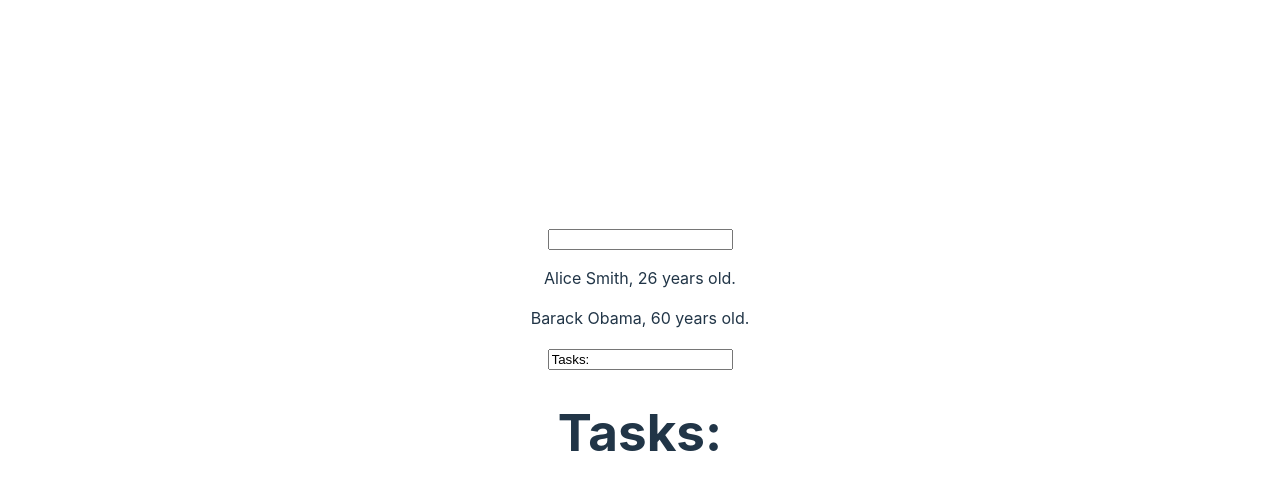
Repository: RonanKhalilOlaes/Olaes_Lab06-07_taskList
Page: /
The author's editor kept a copy of each file at every save. The page is drawn from the files as they stood at one save, then again after the next save.
The browser window is 1280 px wide. The pictures show the whole page.
The project was rebuilt for these pictures with package versions that can differ from the ones it lists, and the page was loaded fresh each time. Also part of the build but not shown: vite.config.js.

Above is the page before, as saved 2024-10-22 20:34:40.

### src/App.jsx


// export default App;
// // let variable is...
// //react only renders when props changes or state changes...

import { useState } from 'react';

import './App.css';

const initialStudents = [
  {
    firstname: 'Alice',
    lastname: 'Smith',
    age: 26
  },
  {
    firstname: 'Barack',
    lastname: 'Obama',
    age: 60
  }
];

function App() {

  const [name, setName] = useState('Tasks:');

  const [students, setStudents] = useState(initialStudents);

  const studentListUI = students.map((student, index) => (
    <p key={index}>{student.firstname} {student.lastname}, {student.age} years old.</p>
  ));

  function handleKeyDown(e) {
    if (e.key === 'Enter') {
      setName(e.target.value);

      console.log(name);

      e.target.value = '';
    }
  }

  function handleChange(e) {
    setName(e.target.value);
  }

  function addStudent(student) {
    setStudents([...students, student]);
  }

  return (
    <>
      <StudentForm add={addStudent} />
      {studentListUI}
      <input type="text" onKeyDown={handleKeyDown}
        value={name}
        onChange={handleChange}
      />

      <h1>{name}</h1>
      {/* <Tile />
      <Tile />
      <Tile /> */}
    </>
  );
}

function random(n) {
  return Math.floor(Math.random() * n);
}

function Tile() {
  const [color, setColor] = useState('blue');

  function handleClick() {
    const red = random(255);
    const green = random(255);
    const blue = random(255);

    setColor(`rgb(${red} ${green} ${blue})`);
  }

  return (
    <div
      className="tile"
      style={{ background: color }}
      onClick={handleClick}>

    </div>
  );
}

function StudentForm(props) {
  // state variable for the form
  const [student, setStudent] = useState({
    firstname: '',
    lastname: '',
    age: 0
  });

  function handleSubmit(e) {
    e.preventDefault();
    props.add(student);

    setStudent({
      firstname: '',
      lastname: '',
      age: 0
    });
  }

  return (
    <form onSubmit={handleSubmit}>
      <input type="text" value={student.firstname}
        onChange={(e) => setStudent({ ...student, firstname: e.target.value })} />
      {/* <input type="text" value={student.lastname}
        onChange={(e) => setStudent({ ...student, lastname: e.target.value })} />
      <input type="number" value={student.age}
        onChange={(e) => setStudent({ ...student, age: e.target.value })}/>
      <button>Save</button> */}
    </form>
  );
}

export default App;

### src/App.css
#root {
  max-width: 1280px;
  margin: 0 auto;
  padding: 2rem;
  text-align: center;
}

.logo {
  height: 6em;
  padding: 1.5em;
  will-change: filter;
  transition: filter 300ms;
}
.logo:hover {
  filter: drop-shadow(0 0 2em #646cffaa);
}
.logo.react:hover {
  filter: drop-shadow(0 0 2em #61dafbaa);
}

@keyframes logo-spin {
  from {
    transform: rotate(0deg);
  }
  to {
    transform: rotate(360deg);
  }
}

@media (prefers-reduced-motion: no-preference) {
  a:nth-of-type(2) .logo {
    animation: logo-spin infinite 20s linear;
  }
}

.card {
  padding: 2em;
}

.read-the-docs {
  color: #888;
}

.tile {
  width: 5em;
  height: 5em;
  margin: 1em;
}

Loaded but not shown: index.html (common file); src/main.jsx (common file); src/index.css (common file)

After the next save:
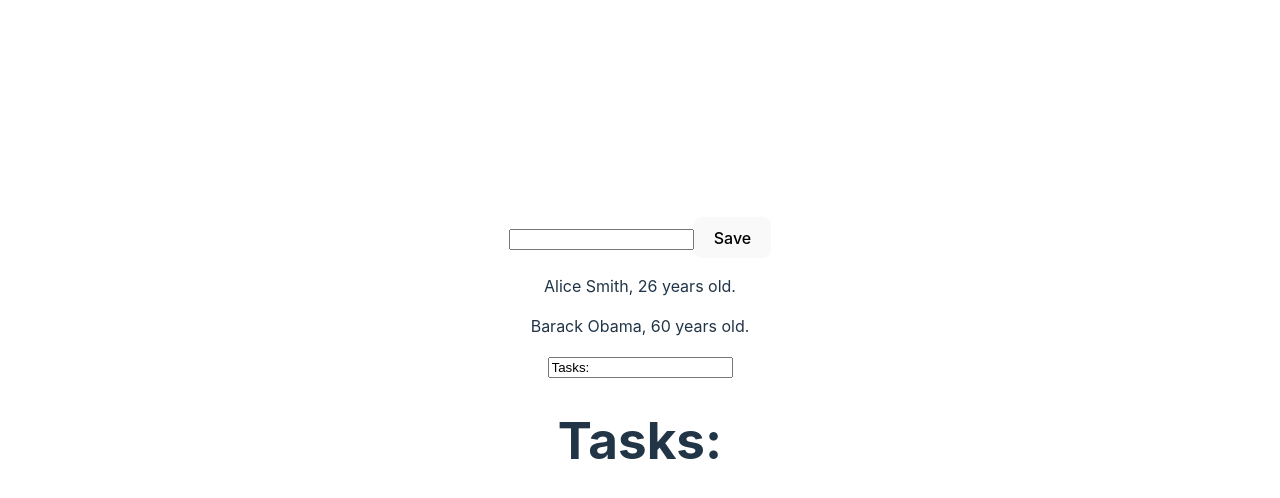
Saved 10 s later.
--- a/src/App.jsx
+++ b/src/App.jsx
@@ -117,8 +117,8 @@ function StudentForm(props) {
       {/* <input type="text" value={student.lastname}
         onChange={(e) => setStudent({ ...student, lastname: e.target.value })} />
       <input type="number" value={student.age}
-        onChange={(e) => setStudent({ ...student, age: e.target.value })}/>
-      <button>Save</button> */}
+        onChange={(e) => setStudent({ ...student, age: e.target.value })}/> */}
+      <button>Save</button>
     </form>
   );
 }
